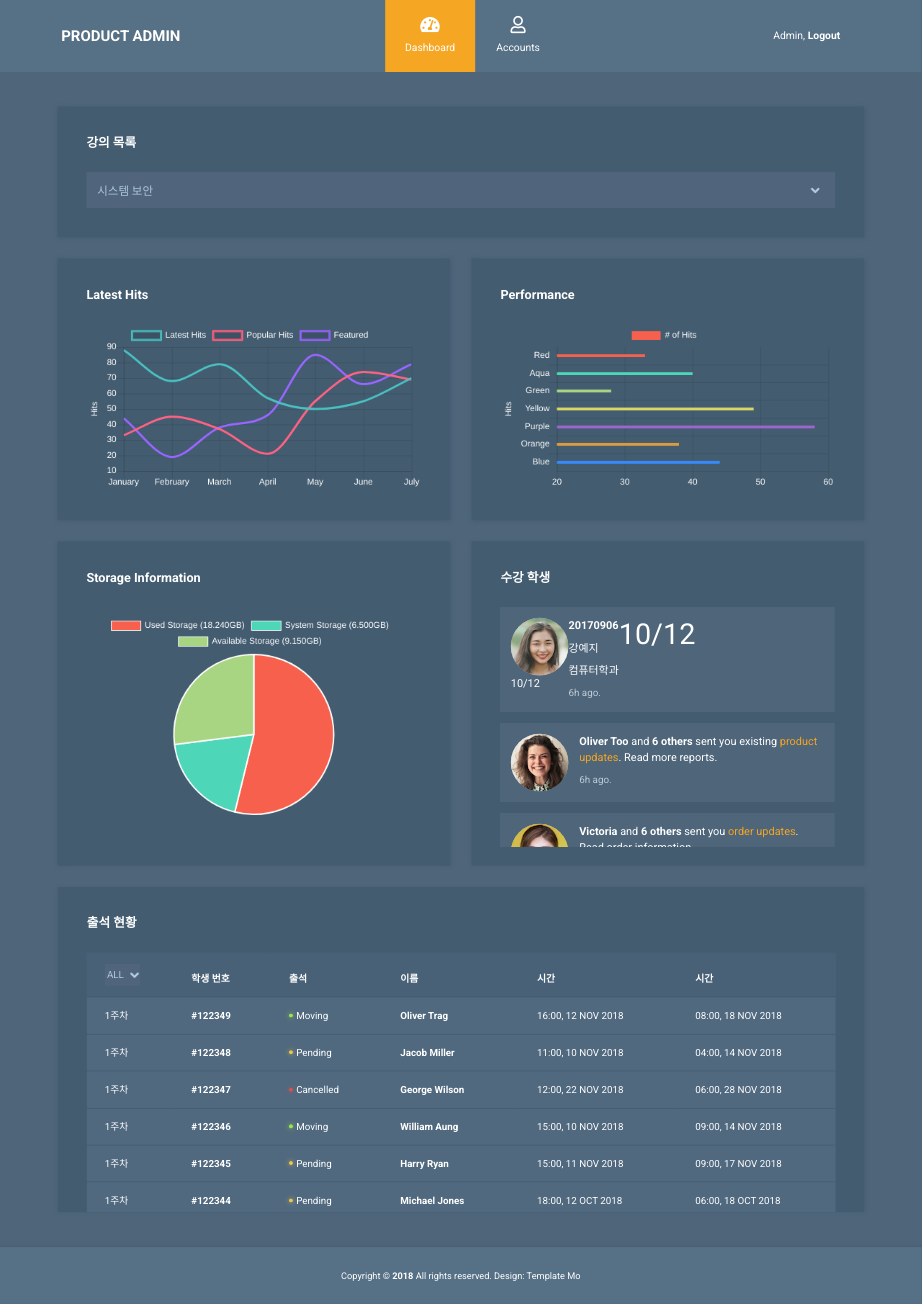
Repository: YJ-S2/2019-FaceAPI
Page: test1-master/web/123/WebContent/web1.html
An editor plug-in stored every save of this project. The page is shown before and after the next save, followed by the edit.
The browser window is 1280 px wide. The pictures show the whole page, at 72% of full size.
An inner scrolling area shows only its first screen.

Above is the page before, as saved 2019-08-07 06:35:05.

### test1-master/web/123/WebContent/web1.html
<!DOCTYPE html>
<html lang="en">

<head>
    <meta charset="UTF-8">
    <meta name="viewport" content="width=device-width, initial-scale=1.0">
    <meta http-equiv="X-UA-Compatible" content="ie=edge">
    <title>Product Admin - Dashboard HTML Template</title>
    <link rel="stylesheet" href="https://fonts.googleapis.com/css?family=Roboto:400,700">
    <!-- https://fonts.google.com/specimen/Roboto -->
    <link rel="stylesheet" href="css/fontawesome.min.css">
    <!-- https://fontawesome.com/ -->
    <link rel="stylesheet" href="css/bootstrap.min.css">
    <!-- https://getbootstrap.com/ -->
    <link rel="stylesheet" href="css/templatemo-style.css">
    <!--
	Product Admin CSS Template
	https://templatemo.com/tm-524-product-admin
	-->
	<style>
	.custom-select30 {
	  width: 70%;
	  border: none;
	  color: #acc6de;
	  height: 30px;
	  -webkit-appearance: none;
	  -moz-appearance: none;
	  -ms-appearance: none;
	  -o-appearance: none;
	  appearance: none;
	  -webkit-border-radius: 0;
	  -moz-border-radius: 0;
	  -ms-border-radius: 0;
	  -o-border-radius: 0;
	  border-radius: 0;
	  padding: 3px;
	  background: url(../img/arrow-down.png) 98% no-repeat #50657b;
	}
	.left-mj{
		 margin: 0 0 0 auto;
	}
	</style>
</head>

<body id="reportsPage">
    <div class="" id="home">
        <nav class="navbar navbar-expand-xl">
            <div class="container h-100">
                <a class="navbar-brand" href="index.html">
                    <h1 class="tm-site-title mb-0">Product Admin</h1>
                </a>
                <button class="navbar-toggler ml-auto mr-0" type="button" data-toggle="collapse" data-target="#navbarSupportedContent"
                    aria-controls="navbarSupportedContent" aria-expanded="false" aria-label="Toggle navigation">
                    <i class="fas fa-bars tm-nav-icon"></i>
                </button>

                <div class="collapse navbar-collapse" id="navbarSupportedContent">
                    <ul class="navbar-nav mx-auto h-100">
                        <li class="nav-item">
                            <a class="nav-link active" href="#">
                                <i class="fas fa-tachometer-alt"></i>
                                Dashboard
                                <span class="sr-only">(current)</span>
                            </a>
                        </li>

                        <li class="nav-item">
                            <a class="nav-link" href="http://localhost:9089/123/accounts.html">
                                <i class="far fa-user"></i>
                                Accounts
                            </a>
                        </li>
                    </ul>
                    <ul class="navbar-nav">
                        <li class="nav-item">
                            <a class="nav-link d-block" href="login.html">
                                Admin, <b>Logout</b>
                            </a>
                        </li>
                    </ul>
                </div>
            </div>

        </nav>
        <div class="container mt-5">
            <div class="row tm-content-row">
		          <div class="col-12 tm-block-col">
		            <div class="tm-bg-primary-dark tm-block tm-block-h-auto">
		              <h2 class="tm-block-title">강의 목록</h2>
		              <select class="custom-select">
		                <option value="0">시스템 보안</option>
		                <option value="1">모바일 소프트웨어</option>
		                <option value="2">시스템 프로그래밍</option>
		                <option value="3">데이터베이스 개론</option>
		                <option value="4">컴퓨터 구조</option>
		              </select>
		            </div>
		          </div>
		        </div>
            <!-- row -->
            <div class="row tm-content-row">

                <div class="col-sm-12 col-md-12 col-lg-6 col-xl-6 tm-block-col">
                    <div class="tm-bg-primary-dark tm-block">
                        <h2 class="tm-block-title">Latest Hits</h2>
                        <canvas id="lineChart"></canvas>
                    </div>
                </div>
                <div class="col-sm-12 col-md-12 col-lg-6 col-xl-6 tm-block-col">
                    <div class="tm-bg-primary-dark tm-block">
                        <h2 class="tm-block-title">Performance</h2>
                        <canvas id="barChart"></canvas>
                    </div>
                </div>

                <div class="col-sm-12 col-md-12 col-lg-6 col-xl-6 tm-block-col">
                    <div class="tm-bg-primary-dark tm-block tm-block-taller">
                        <h2 class="tm-block-title">Storage Information</h2>
                        <div id="pieChartContainer">
                            <canvas id="pieChart" class="chartjs-render-monitor" width="200" height="200"></canvas>
                        </div>
                    </div>
                </div>
                <div class="col-sm-12 col-md-12 col-lg-6 col-xl-6 tm-block-col">
                    <div class="tm-bg-primary-dark tm-block tm-block-taller tm-block-overflow">
                        <h2 class="tm-block-title">수강 학생</h2>
                        <div class="tm-notification-items">
                            <div class="media tm-notification-item">
                                <div class="tm-gray-circle"><img src="img/notification-01.jpg" alt="Avatar Image" class="rounded-circle">10/12</div>
                                <div class="row">
	                                <div class="media-body">
	                                	<p class="mb-2"><b>20170906</b></p>
	                                    <p class="mb-2">강예지</p>
	                                    <p class="mb-2">컴퓨터학과</p>
	                                    <span class="tm-small tm-text-color-secondary">6h ago.</span>
	                                </div>
	                                <div class="left-mj">
	                                	<h1>10/12</h1>
	                                </div>
	                            </div>
                            </div>
                            <div class="media tm-notification-item">
                                <div class="tm-gray-circle"><img src="img/notification-02.jpg" alt="Avatar Image" class="rounded-circle"></div>
                                <div class="media-body">
                                    <p class="mb-2"><b>Oliver Too</b> and <b>6 others</b> sent you existing <a href="#"
                                            class="tm-notification-link">product updates</a>. Read more reports.</p>
                                    <span class="tm-small tm-text-color-secondary">6h ago.</span>
                                </div>
                            </div>
                            <div class="media tm-notification-item">
                                <div class="tm-gray-circle"><img src="img/notification-03.jpg" alt="Avatar Image" class="rounded-circle"></div>
                                <div class="media-body">
                                    <p class="mb-2"><b>Victoria</b> and <b>6 others</b> sent you <a href="#"
                                            class="tm-notification-link">order updates</a>. Read order information.</p>
                                    <span class="tm-small tm-text-color-secondary">6h ago.</span>
                                </div>
                            </div>
                            <div class="media tm-notification-item">
                                <div class="tm-gray-circle"><img src="img/notification-01.jpg" alt="Avatar Image" class="rounded-circle"></div>
                                <div class="media-body">
                                    <p class="mb-2"><b>Laura Cute</b> and <b>6 others</b> sent you <a href="#"
                                            class="tm-notification-link">product records</a>.</p>
                                    <span class="tm-small tm-text-color-secondary">6h ago.</span>
                                </div>
                            </div>
                            <div class="media tm-notification-item">
                                <div class="tm-gray-circle"><img src="img/notification-02.jpg" alt="Avatar Image" class="rounded-circle"></div>
                                <div class="media-body">
                                    <p class="mb-2"><b>Samantha</b> and <b>6 others</b> sent you <a href="#"
                                            class="tm-notification-link">order stuffs</a>.</p>
                                    <span class="tm-small tm-text-color-secondary">6h ago.</span>
                                </div>
                            </div>
                            <div class="media tm-notification-item">
                                <div class="tm-gray-circle"><img src="img/notification-03.jpg" alt="Avatar Image" class="rounded-circle"></div>
                                <div class="media-body">
                                    <p class="mb-2"><b>Sophie</b> and <b>6 others</b> sent you <a href="#"
                                            class="tm-notification-link">product updates</a>.</p>
                                    <span class="tm-small tm-text-color-secondary">6h ago.</span>
                                </div>
                            </div>
                            <div class="media tm-notification-item">
                                <div class="tm-gray-circle"><img src="img/notification-01.jpg" alt="Avatar Image" class="rounded-circle"></div>
                                <div class="media-body">
                                    <p class="mb-2"><b>Lily A</b> and <b>6 others</b> sent you <a href="#"
                                            class="tm-notification-link">product updates</a>.</p>
                                    <span class="tm-small tm-text-color-secondary">6h ago.</span>
                                </div>
                            </div>
                            <div class="media tm-notification-item">
                                <div class="tm-gray-circle"><img src="img/notification-02.jpg" alt="Avatar Image" class="rounded-circle"></div>
                                <div class="media-body">
                                    <p class="mb-2"><b>Amara</b> and <b>6 others</b> sent you <a href="#"
                                            class="tm-notification-link">product updates</a>.</p>
                                    <span class="tm-small tm-text-color-secondary">6h ago.</span>
                                </div>
                            </div>
                            <div class="media tm-notification-item">
                                <div class="tm-gray-circle"><img src="img/notification-03.jpg" alt="Avatar Image" class="rounded-circle"></div>
                                <div class="media-body">
                                    <p class="mb-2"><b>Cinthela</b> and <b>6 others</b> sent you <a href="#"
                                            class="tm-notification-link">product updates</a>.</p>
                                    <span class="tm-small tm-text-color-secondary">6h ago.</span>
                                </div>
                            </div>
                        </div>
                    </div>
                </div>
                <div class="col-12 tm-block-col">
                    <div class="tm-bg-primary-dark tm-block tm-block-taller tm-block-scroll">
                    	<h2 class="tm-block-title">출석 현황</h2>



                        <table class="table">
                            <thead>
                                <tr>
                                	<th scope="col">
	                                	<select class="custom-select30">
	                                		<option value="0">ALL</option>
							                <option value="1">1 주차</option>
							                <option value="2">2 주차</option>
							                <option value="3">3 주차</option>
							                <option value="4">4 주차</option>
							           	</select>
							        </th>
                                    <th scope="col">학생 번호</th>
                                    <th scope="col">출석</th>
                                    <th scope="col">이름</th>
                                    <th scope="col">시간</th>
                                    <th scope="col">시간</th>
                                </tr>
                            </thead>
                            <tbody>
                                <tr>
                                	<td>1주차</td>
                                    <th scope="row"><b>#122349</b></th>
                                    <td>
                                        <div class="tm-status-circle moving">
                                        </div>Moving
                                    </td>
                                    <td><b>Oliver Trag</b></td>
                                    <td>16:00, 12 NOV 2018</td>
                                    <td>08:00, 18 NOV 2018</td>
                                </tr>
                                <tr>
                                	<td>1주차</td>
                                    <th scope="row"><b>#122348</b></th>
                                    <td>
                                        <div class="tm-status-circle pending">
                                        </div>Pending
                                    </td>
                                    <td><b>Jacob Miller</b></td>
                                    <td>11:00, 10 NOV 2018</td>
                                    <td>04:00, 14 NOV 2018</td>
                                </tr>
                                <tr>
                                	<td>1주차</td>
                                    <th scope="row"><b>#122347</b></th>
                                    <td>
                                        <div class="tm-status-circle cancelled">
                                        </div>Cancelled
                                    </td>
                                    <td><b>George Wilson</b></td>
                                    <td>12:00, 22 NOV 2018</td>
                                    <td>06:00, 28 NOV 2018</td>
                                </tr>
                                <tr>
                                	<td>1주차</td>
                                    <th scope="row"><b>#122346</b></th>
                                    <td>
                                        <div class="tm-status-circle moving">
                                        </div>Moving
                                    </td>
                                    <td><b>William Aung</b></td>
                                    <td>15:00, 10 NOV 2018</td>
                                    <td>09:00, 14 NOV 2018</td>
                                </tr>
                                <tr>
                                	<td>1주차</td>
                                    <th scope="row"><b>#122345</b></th>
                                    <td>
                                        <div class="tm-status-circle pending">
                                        </div>Pending
                                    </td>
                                    <td><b>Harry Ryan</b></td>
                                    <td>15:00, 11 NOV 2018</td>
                                    <td>09:00, 17 NOV 2018</td>
                                </tr>
                                <tr>
                                	<td>1주차</td>
                                    <th scope="row"><b>#122344</b></th>
                                    <td>
                                        <div class="tm-status-circle pending">
                                        </div>Pending
                                    </td>
                                    <td><b>Michael Jones</b></td>
                                    <td>18:00, 12 OCT 2018</td>
                                    <td>06:00, 18 OCT 2018</td>
                                </tr>
                                <tr>
                                	<td>1주차</td>
                                    <th scope="row"><b>#122343</b></th>
                                    <td>
                                        <div class="tm-status-circle moving">
                                        </div>Moving
                                    </td>
                                    <td><b>Timmy Davis</b></td>
                                    <td>12:00, 10 OCT 2018</td>
                                    <td>08:00, 18 OCT 2018</td>
                                </tr>
                                <tr>
                                	<td>1주차</td>
                                    <th scope="row"><b>#122342</b></th>
                                    <td>
                                        <div class="tm-status-circle moving">
                                        </div>Moving
                                    </td>
                                    <td><b>Oscar Phyo</b></td>
                                    <td>15:30, 06 OCT 2018</td>
                                    <td>09:30, 16 OCT 2018</td>
                                </tr>
                                <tr>
                                	<td>1주차</td>
                                    <th scope="row"><b>#122341</b></th>
                                    <td>
                                        <div class="tm-status-circle moving">
                                        </div>Moving
                                    </td>
                                    <td><b>Charlie Brown</b></td>
                                    <td>11:00, 10 OCT 2018</td>
                                    <td>03:00, 14 OCT 2018</td>
                                </tr>
                                <tr>
                                	<td>1주차</td>
                                    <th scope="row"><b>#122340</b></th>
                                    <td>
                                        <div class="tm-status-circle cancelled">
                                        </div>Cancelled
                                    </td>
                                    <td><b>Wilson Cookies</b></td>
                                    <td>17:30, 12 OCT 2018</td>
                                    <td>08:30, 22 OCT 2018</td>
                                </tr>
                                <tr>
                                	<td>1주차</td>
                                    <th scope="row"><b>#122339</b></th>
                                    <td>
                                        <div class="tm-status-circle moving">
                                        </div>Moving
                                    </td>
                                    <td><b>Richard Clamon</b></td>
                                    <td>15:00, 12 OCT 2018</td>
                                    <td>09:20, 26 OCT 2018</td>
                                </tr>
                            </tbody>
                        </table>
                    </div>
                </div>
            </div>
        </div>
        <footer class="tm-footer row tm-mt-small">
            <div class="col-12 font-weight-light">
                <p class="text-center text-white mb-0 px-4 small">
                    Copyright &copy; <b>2018</b> All rights reserved.

                    Design: <a rel="nofollow noopener" href="https://templatemo.com" class="tm-footer-link">Template Mo</a>
                </p>
            </div>
        </footer>
    </div>

    <script src="js/jquery-3.3.1.min.js"></script>
    <!-- https://jquery.com/download/ -->
    <script src="js/moment.min.js"></script>
    <!-- https://momentjs.com/ -->
    <script src="js/Chart.min.js"></script>
    <!-- http://www.chartjs.org/docs/latest/ -->
    <script src="js/bootstrap.min.js"></script>
    <!-- https://getbootstrap.com/ -->
    <script src="js/tooplate-scripts.js"></script>
    <script>
        Chart.defaults.global.defaultFontColor = 'white';
        let ctxLine,
            ctxBar,
            ctxPie,
            optionsLine,
            optionsBar,
            optionsPie,
            configLine,
            configBar,
            configPie,
            lineChart;
        barChart, pieChart;
        // DOM is ready
        $(function () {
            drawLineChart(); // Line Chart
            drawBarChart(); // Bar Chart
            drawPieChart(); // Pie Chart

            $(window).resize(function () {
                updateLineChart();
                updateBarChart();
            });
        })
    </script>
</body>

</html>

Loaded but not shown: test1-master/web/123/WebContent/css/fontawesome.min.css (library); test1-master/web/123/WebContent/css/bootstrap.min.css (library); test1-master/web/123/WebContent/js/jquery-3.3.1.min.js (library); test1-master/web/123/WebContent/js/moment.min.js (library); test1-master/web/123/WebContent/js/Chart.min.js (library); test1-master/web/123/WebContent/js/bootstrap.min.js (library); test1-master/web/123/WebContent/js/tooplate-scripts.js (common file); test1-master/web/123/WebContent/css/templatemo-style.css (709 lines, source omitted)

After the next save:
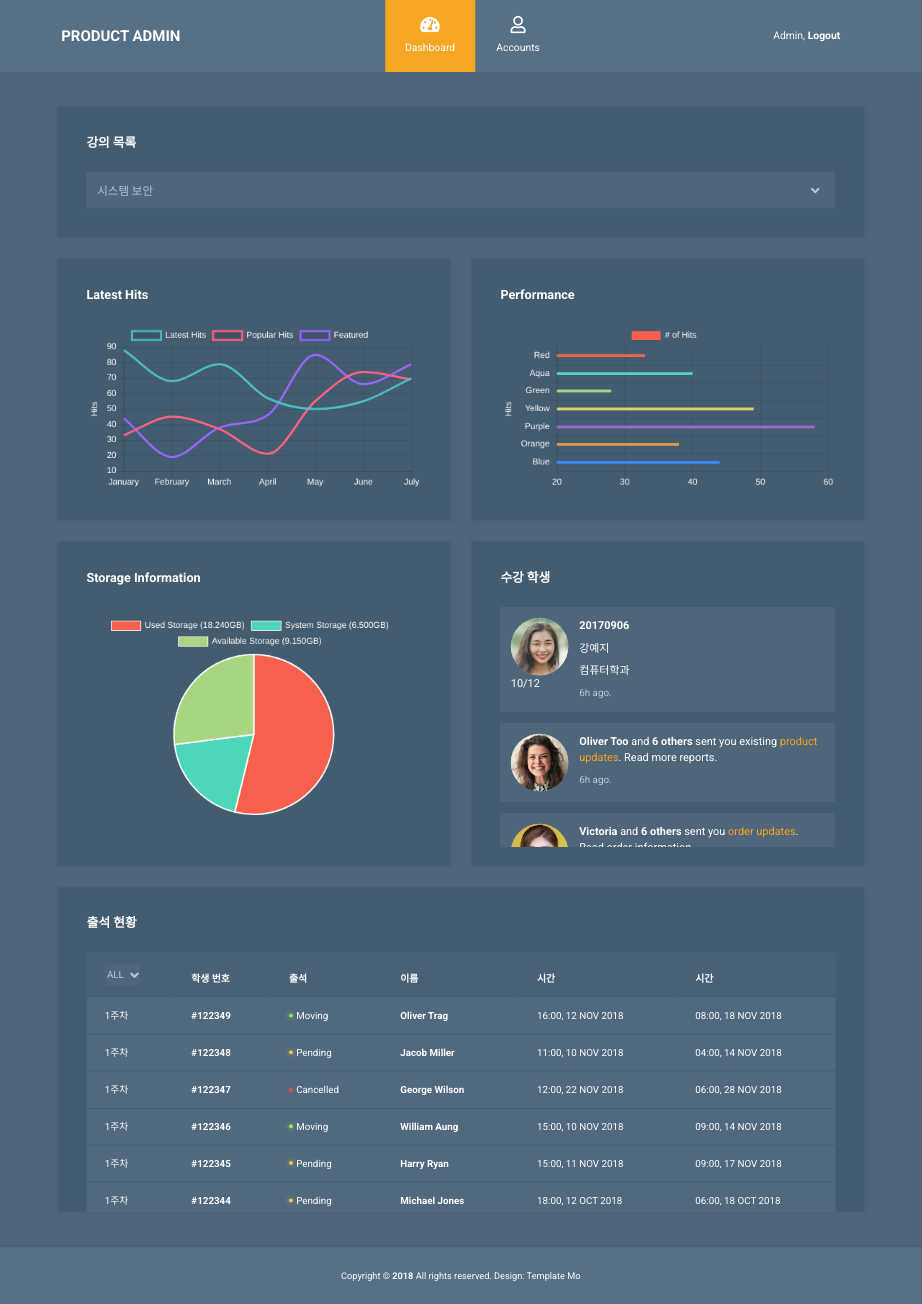
Saved 28 s later.
--- a/test1-master/web/123/WebContent/web1.html
+++ b/test1-master/web/123/WebContent/web1.html
@@ -127,16 +127,14 @@
                         <div class="tm-notification-items">
                             <div class="media tm-notification-item">
                                 <div class="tm-gray-circle"><img src="img/notification-01.jpg" alt="Avatar Image" class="rounded-circle">10/12</div>
-                                <div class="row">
+                                <div class="">
 	                                <div class="media-body">
 	                                	<p class="mb-2"><b>20170906</b></p>
 	                                    <p class="mb-2">강예지</p>
 	                                    <p class="mb-2">컴퓨터학과</p>
 	                                    <span class="tm-small tm-text-color-secondary">6h ago.</span>
 	                                </div>
-	                                <div class="left-mj">
-	                                	<h1>10/12</h1>
-	                                </div>
+
 	                            </div>
                             </div>
                             <div class="media tm-notification-item">
